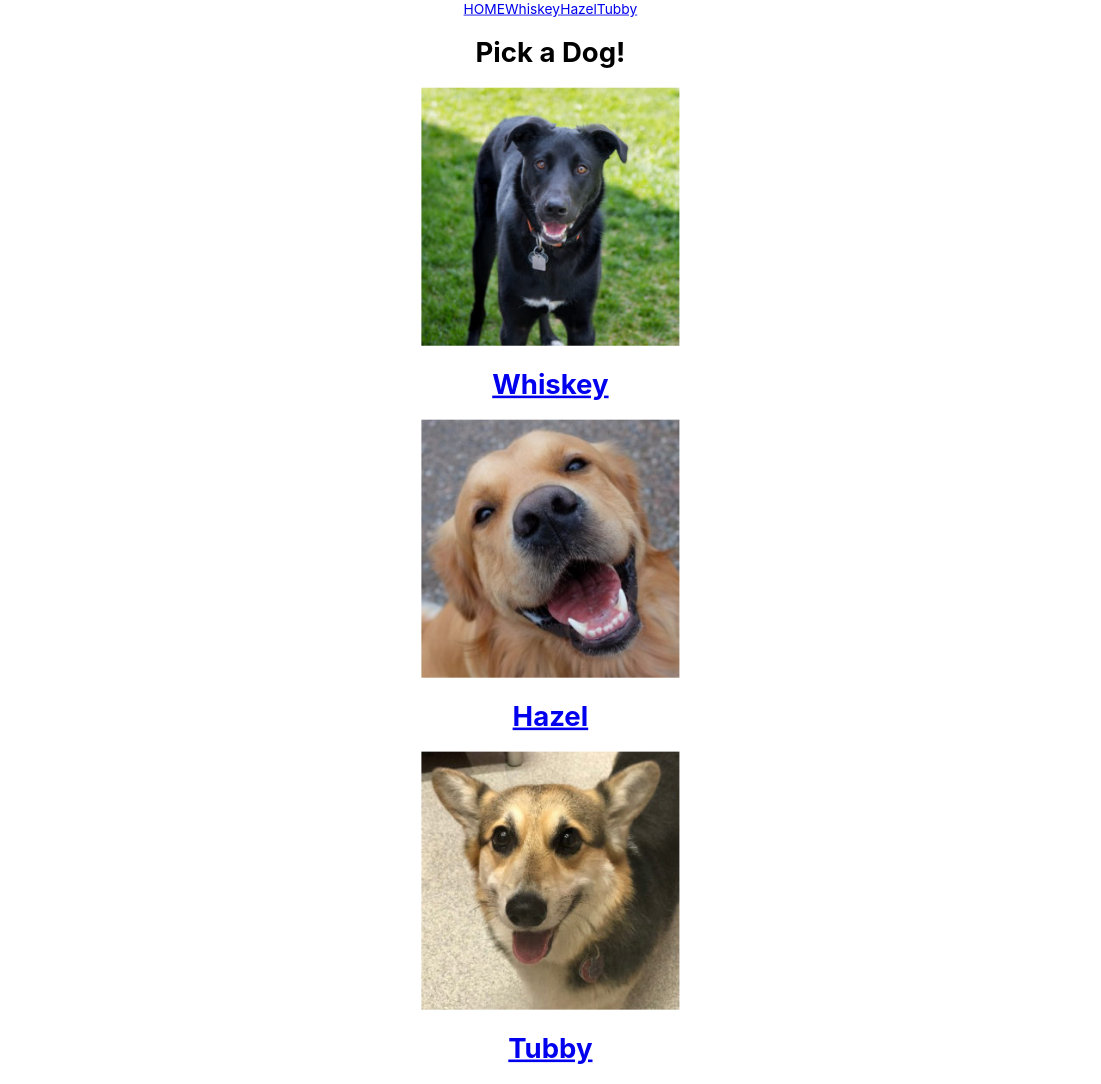
Repository: johnmutina/dog-finder
Page: /dogs
The author's editor kept a copy of each file at every save. The page is drawn from the files as they stood at one save, then again after the next save.
The browser window is 1280 px wide. The pictures show the whole page, at 86% of full size.
The project was rebuilt for these pictures with package versions that can differ from the ones it lists, and the page was loaded fresh each time. Also part of the build but not shown: src/Dog.js.

Above is the page before, as saved 2019-07-28 15:01:03.

After the next save:
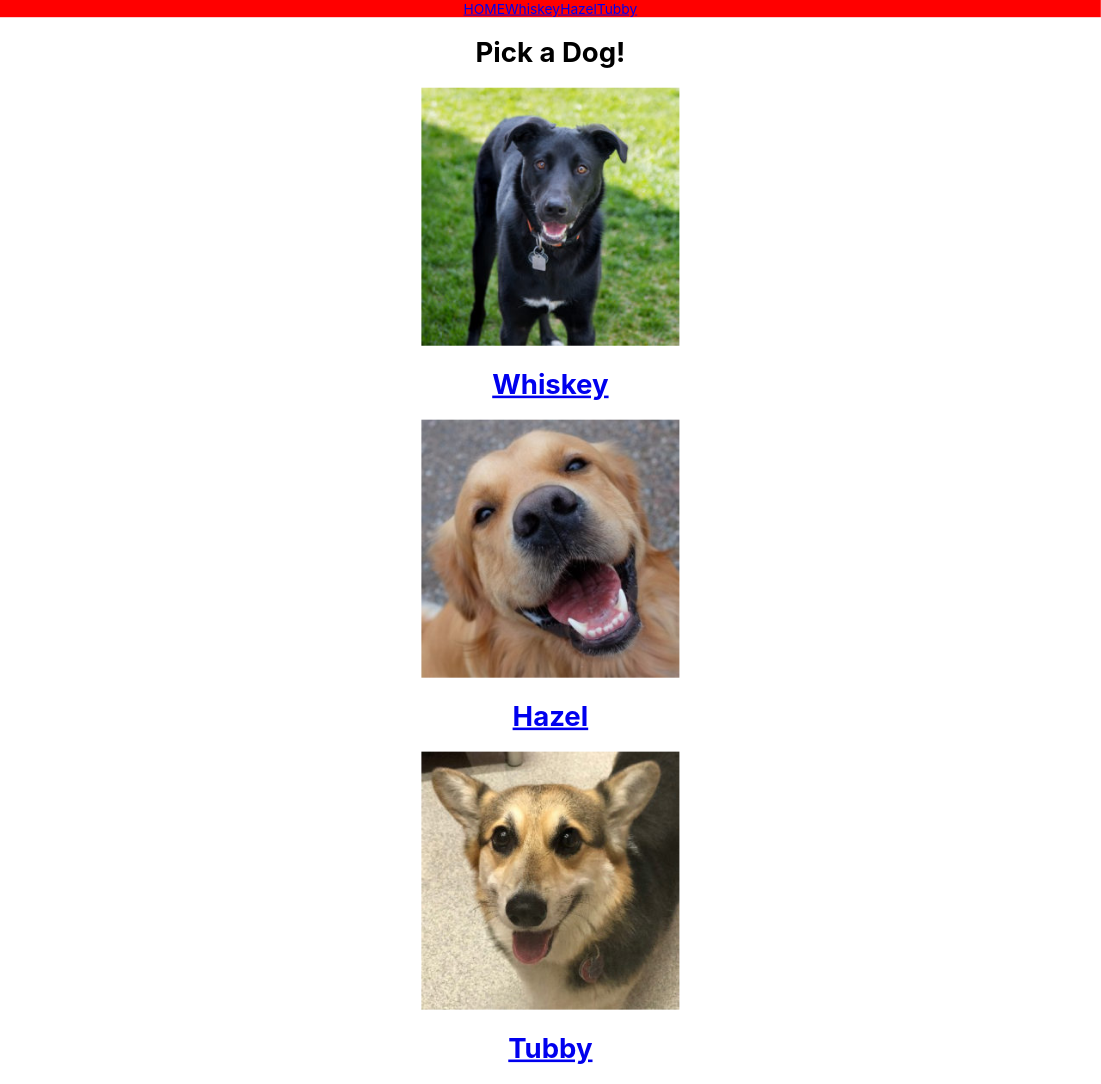
Saved 6 s later.
--- a/src/App.css
+++ b/src/App.css
@@ -2,5 +2,5 @@
   text-align: center;
 }
 .App-navbar {
-  color: red;
+  background-color: red;
 }
